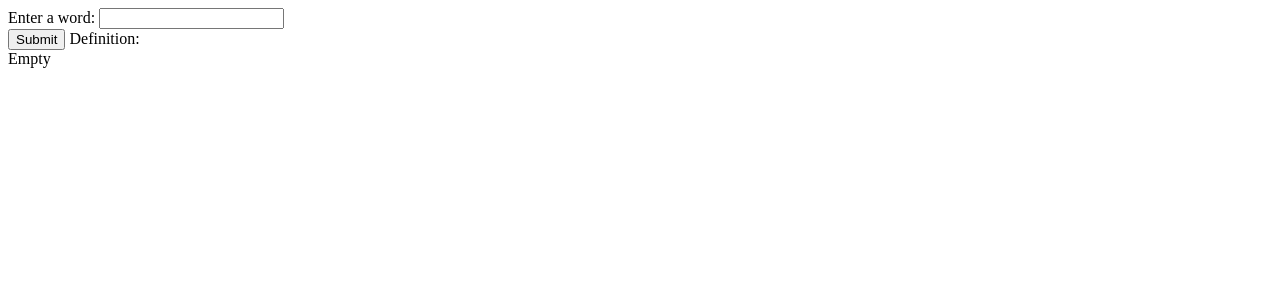
Repository: ShinjinE/CS260
Page: homework/Lab-4.5-Node/owl/public/weather.html
The author's editor kept a record of every edit. The page is drawn from the files as they stood at one moment, then again after the next edit.
The browser window is 1280 px wide. The pictures show the whole page.
Some web libraries are served in a nearby version.

Above is the page before.

### homework/Lab-4.5-Node/owl/public/weather.html
<html>
    <head>
        <script src="https://code.jquery.com/jquery-1.10.2.js"></script>
    </head>
    <form>
        Enter a word: <input type="text" id="owlform" value=""><br>
        <button id="owlbutton">Submit</button>
        Definition: <br><span id="owldef">Empty</span>
    </form>
    <script>
        $("#owlbutton").click(function(event) {
            event.preventDefault();
           var url = "owl?q="+$("#owlform").val();
           $.getJSON(url, function(data){
              var everything;
              everything = "<ul>";
              $.each(data, function(index,item){
                 everything += "<li>"+data[index].defenition+"</li>";
              });
              everything += "</ul>";
              console.log(everything);
              $("#owldef").html(everything);
           });
        });
    </script>
</html>

After the next edit:
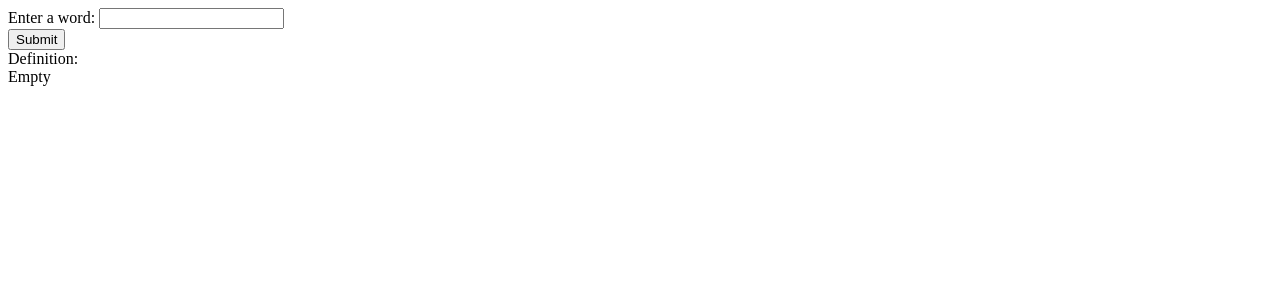
The edit:
--- a/homework/Lab-4.5-Node/owl/public/weather.html
+++ b/homework/Lab-4.5-Node/owl/public/weather.html
@@ -3,9 +3,9 @@
         <script src="https://code.jquery.com/jquery-1.10.2.js"></script>
     </head>
     <form>
-        Enter a word: <input type="text" id="owlform" value=""><br>
-        <button id="owlbutton">Submit</button>
-        Definition: <br><span id="owldef">Empty</span>
+        Enter a word: <input type="text" id="weatherform" value=""><br>
+        <button id="weatherbutton">Submit</button><br>
+        Definition: <br><span id="weatherdef">Empty</span>
     </form>
     <script>
         $("#owlbutton").click(function(event) {
